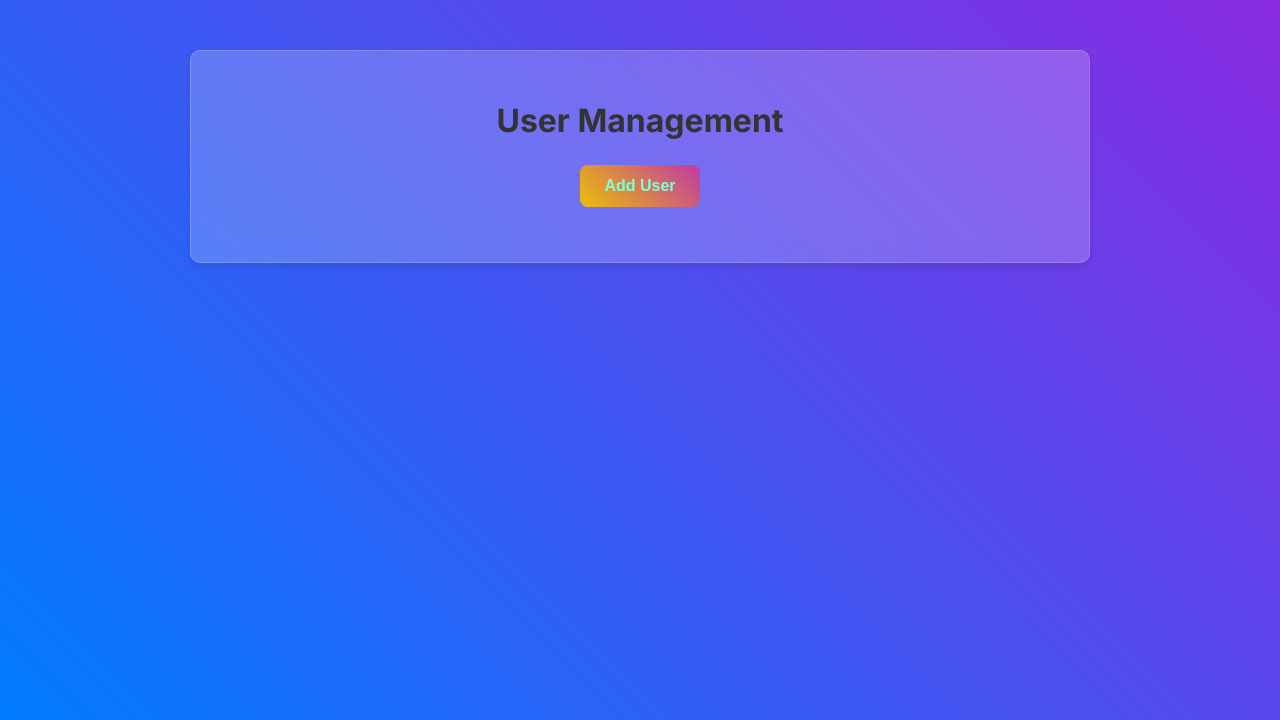
Repository: EeeeeEyyyy/crud-proj
Page: /
An editor plug-in stored every save of this project. The page is shown before and after the next save, followed by the edit.
The browser window is 1280 px wide. The pictures show the whole page.
The page's requests for data from a server got no answer. The project was rebuilt for these pictures with package versions that can differ from the ones it lists, and the page was loaded fresh each time. The framework's server and built-in components were replaced by stand-ins that run in the browser. No one was signed in, and anything a server would have sent is missing. Also part of the build but not shown: next.config.mjs.

Above is the page before, as saved 2024-06-25 08:47:59.

After the next save:
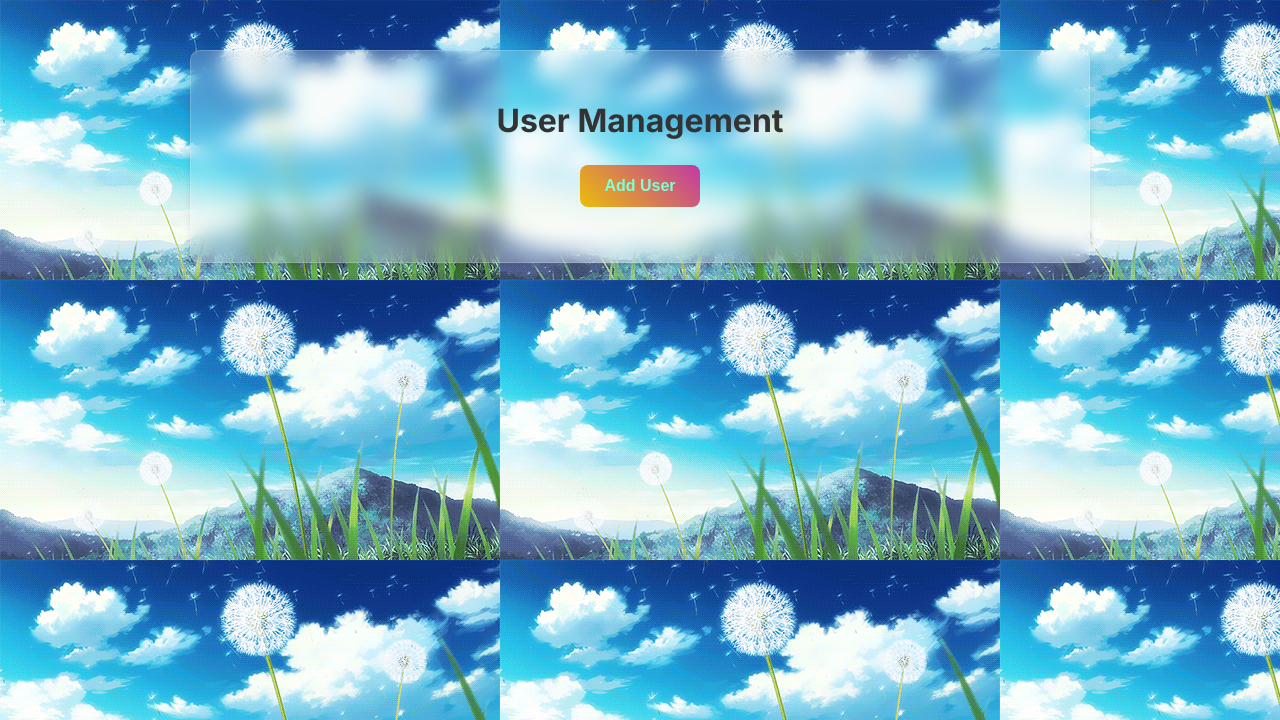
Saved 3 min 34 s later.
--- a/src/app/globals.css
+++ b/src/app/globals.css
@@ -7,7 +7,7 @@ html,
 body {
   max-width: 100vw;
   overflow-x: hidden;
-  background: linear-gradient(45deg, rgb(0, 123, 255), rgb(138, 43, 226));
+  background: url(g.gif);
   height: 100%;
   margin: 0;
   padding: 0;
